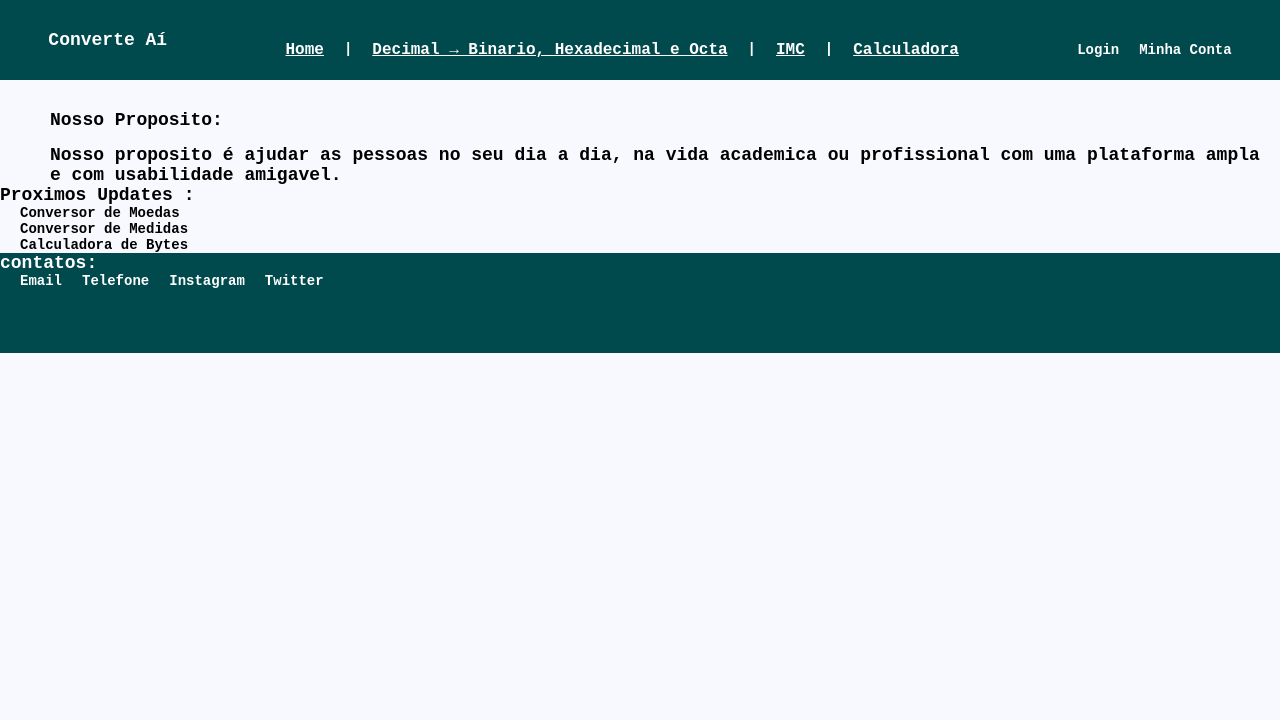
Repository: Frav1u/converteai
Page: ConverteAi/src/main/webapp/home.html
These files come from the project's save history. The page is drawn as it stood at one moment and after the next save; the edit follows.
The browser window is 1280 px wide. The pictures show the whole page.
Some web fonts or font styles are not loaded; a fallback is used.

Above is the page before, as saved 2023-10-01 00:48:07.

After the next save:
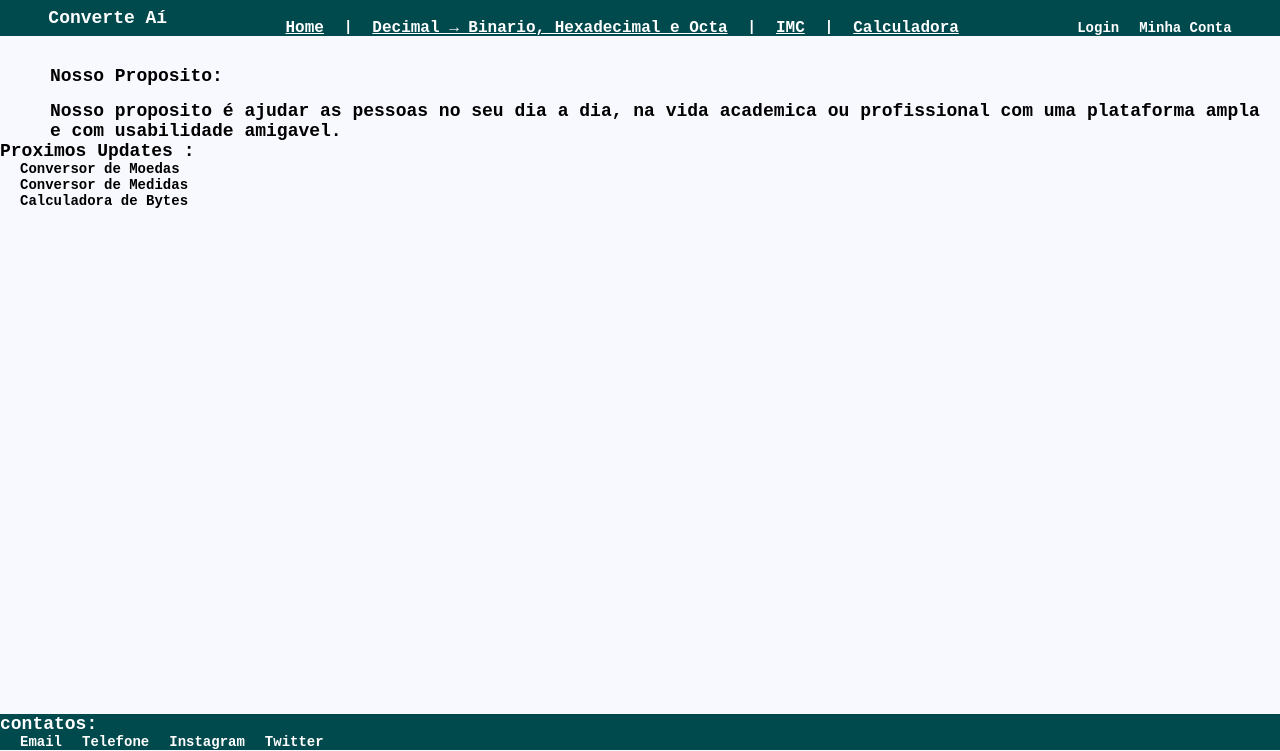
Saved 32 s later.
--- a/ConverteAi/src/main/webapp/stylehome.css
+++ b/ConverteAi/src/main/webapp/stylehome.css
@@ -23,7 +23,7 @@ li{
 header{
 	background-color: hsl(183, 100%, 15%);
 	color: white;
-	height: 80px;
+	height: 5vh;
 	list-style: none;
     color: inherit;
     display: flex;
@@ -40,7 +40,7 @@ header{
 footer{
 	background-color: hsl(183, 100%, 15%);
 	color: white;
-	height: 100px;
+	height: 5vh;
 
 }
 .proposito{
@@ -86,3 +86,8 @@ nav{
 	justify-content: center;
 	align-items: center;
 }
+
+
+main{
+	height: 90vh;
+}
